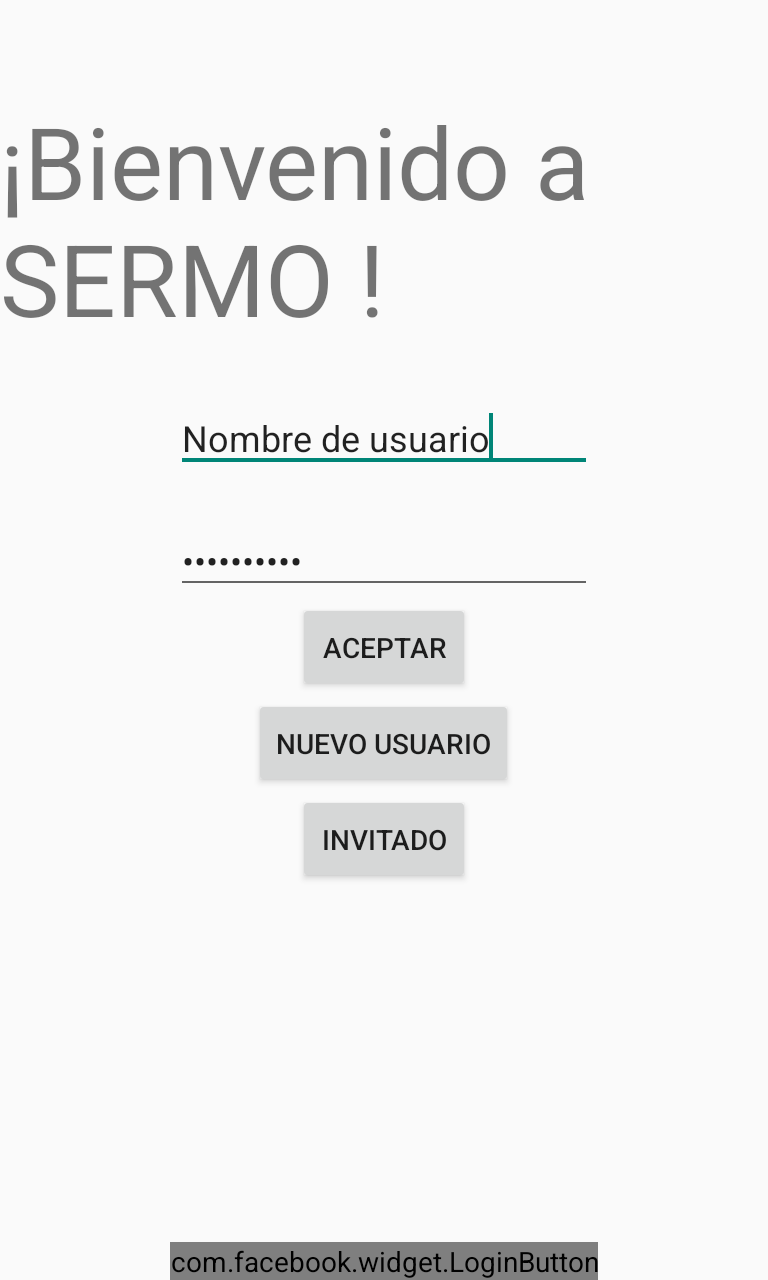
Repository: MVidi/juegos
Layout: SermoJuego/res/layout/pantallaprimera.xml
The author's editor kept a copy of each file at every save. The layout is drawn from the files as they stood at one save, then again after the next save.
Pictures or frames that could not be fetched are drawn as grey boxes. It is drawn on a 768 x 1280 px phone screen (xhdpi) without system bars, with theme AppTheme; the app's code is not run.

Above is the layout before, as saved 2014-08-11 16:19:43.

After the next save:
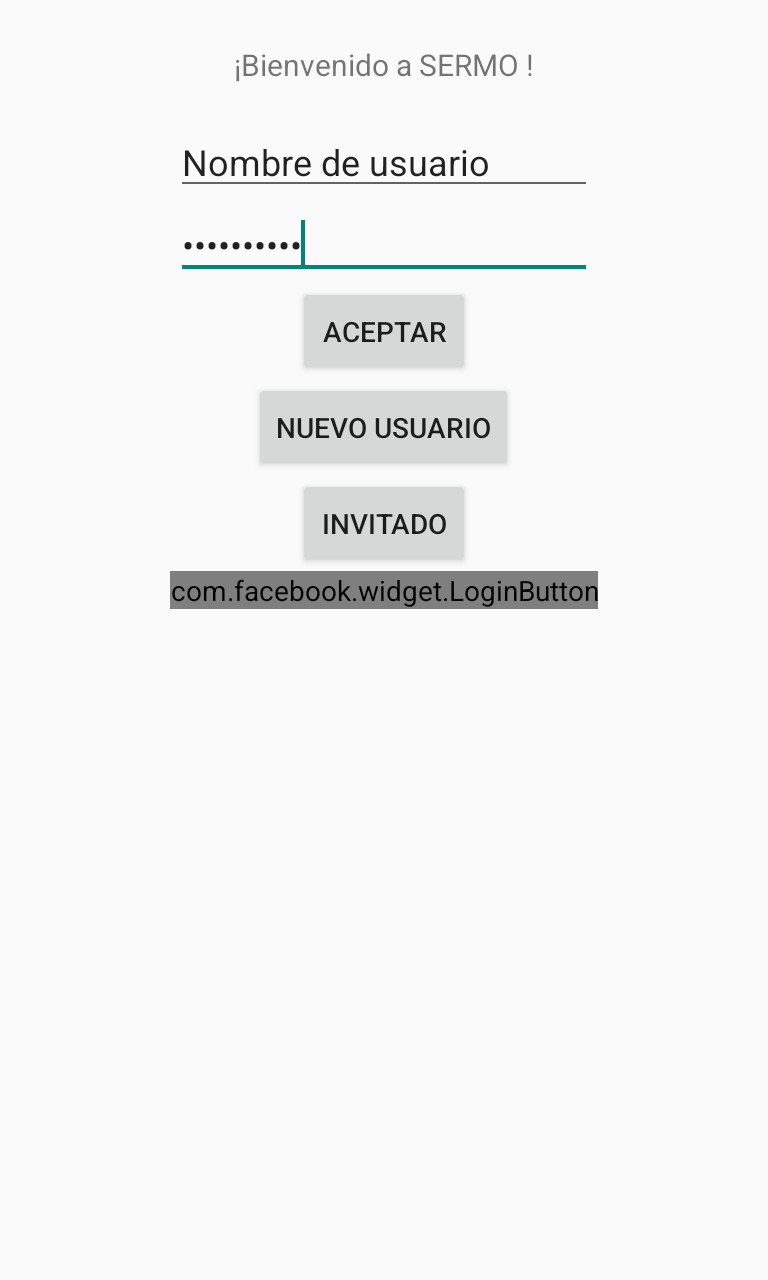
Saved 44 s later.
--- a/SermoJuego/res/layout/pantallaprimera.xml
+++ b/SermoJuego/res/layout/pantallaprimera.xml
@@ -5,43 +5,6 @@
     android:layout_height="match_parent"
     tools:context=".pantallaInicioActivity"
     tools:ignore="MergeRootFrame" >
-
-     <TextView
-        android:id="@+id/TituloPI"
-        android:layout_width="wrap_content"
-        android:layout_height="wrap_content"
-        android:layout_alignParentTop="true"
-        android:layout_centerHorizontal="true"
-        android:layout_marginTop="47dp"
-        android:text="@string/juego"
-        android:textSize="50sp" />
-
-    <EditText
-        android:id="@+id/contrasenaPI"
-        android:layout_width="wrap_content"
-        android:layout_height="wrap_content"
-        android:layout_centerHorizontal="true"
-        android:layout_below="@+id/usuarioPI"
-        android:layout_marginTop="20dp"
-        android:ems="10"
-        android:inputType="textPassword"
-        android:onClick="clicarContrasena"
-        android:text="@string/Contrasena" />
-
-    <EditText
-        android:id="@+id/usuarioPI"
-        android:layout_width="wrap_content"
-        android:layout_height="wrap_content"
-        android:layout_below="@+id/TituloPI"
-        android:layout_centerHorizontal="true"
-        android:layout_marginTop="24dp"
-        android:ems="10"
-        android:inputType="textPersonName"
-        android:onClick="clicarUsuario"
-        android:text="@string/Usuario" >
-
-        <requestFocus />
-    </EditText>
 
     <Button
         android:id="@+id/aceptarPI"
@@ -69,11 +32,47 @@
         android:text="@string/Invitado"
     	android:onClick="conectarMongo" />
 
+    <TextView
+        android:id="@+id/TituloPI"
+        android:layout_width="wrap_content"
+        android:layout_height="wrap_content"
+        android:layout_alignParentTop="true"
+        android:layout_centerHorizontal="true"
+        android:layout_marginTop="22dp"
+        android:text="@string/juego"
+        android:textSize="15sp" />
+
+    <EditText
+        android:id="@+id/usuarioPI"
+        android:layout_width="wrap_content"
+        android:layout_height="wrap_content"
+        android:layout_below="@+id/TituloPI"
+        android:layout_centerHorizontal="true"
+        android:layout_marginTop="16dp"
+        android:ems="10"
+        android:inputType="textPersonName"
+        android:onClick="clicarUsuario"
+        android:text="@string/Usuario" />
+
+    <EditText
+        android:id="@+id/contrasenaPI"
+        android:layout_width="wrap_content"
+        android:layout_height="wrap_content"
+        android:layout_below="@+id/usuarioPI"
+        android:layout_centerHorizontal="true"
+        android:ems="10"
+        android:inputType="textPassword"
+        android:onClick="clicarContrasena"
+        android:text="@string/Contrasena" >
+
+        <requestFocus />
+    </EditText>
+
     <com.facebook.widget.LoginButton
         android:id="@+id/authButton"
         android:layout_width="wrap_content"
         android:layout_height="wrap_content"
-        android:layout_alignParentBottom="true"
+        android:layout_below="@+id/invitadoPI"
         android:layout_centerHorizontal="true" />
 
 </RelativeLayout>
